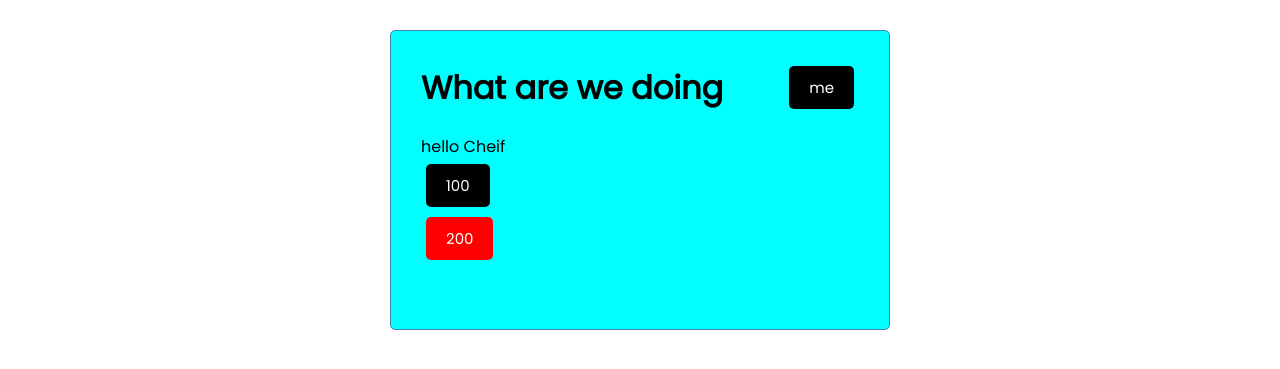
Repository: Jeffkw213/Learning_react
Page: / (app in myapp/)
The author's editor kept a copy of each file at every save. The page is drawn from the files as they stood at one save, then again after a run of saves.
The browser window is 1280 px wide. The pictures show the whole page.
The project was rebuilt for these pictures with package versions that can differ from the ones it lists, and the page was loaded fresh each time.

Above is the page before, as saved 2021-04-30 16:09:16.

### myapp/src/index.css
@import url('https://fonts.googleapis.com/css2?family=Poppins:wght@300;400&display=swap');

* {
  box-sizing: border-box;
  margin: 0;
  padding: 0;
}

body {
  font-family: 'Poppins', sans-serif;
}

.container {
  max-width: 500px;
  margin: 30px auto;
  overflow: auto;
  min-height: 300px;
  border: 1px solid steelblue;
  padding: 30px;
  border-radius: 5px;
  background-color: aqua;

}

.header {
  display: flex;
  justify-content: space-between;
  align-items: center;
  margin-bottom: 20px;
}

.btn {
  display: inline-block;
  background: #000;
  color: #fff;
  border: none;
  padding: 10px 20px;
  margin: 5px;
  border-radius: 5px;
  cursor: pointer;
  text-decoration: none;
  font-size: 15px;
  font-family: inherit;
}

.btn:focus {
  outline: none;
}

.btn:active {
  transform: scale(0.98);
}

.btn-block {
  display: block;
  width: 100%;
}

.task {
  background: #f4f4f4;
  margin: 5px;
  padding: 10px 20px;
  cursor: pointer;
}

.task.reminder {
  border-left: 5px solid green;
}

.task h3 {
  display: flex;
  align-items: center;
  justify-content: space-between;
}

.add-form {
  margin-bottom: 40px;
}

.form-control {
  margin: 20px 0;
}

.form-control label {
  display: block;
}

.form-control input {
  width: 100%;
  height: 40px;
  margin: 5px;
  padding: 3px 7px;
  font-size: 17px;
}

.form-control-check {
  display: flex;
  align-items: center;
  justify-content: space-between;
}

.form-control-check label {
  flex: 1;
}

.form-control-check input {
  flex: 2;
  height: 20px;
}

footer {
  margin-top: 30px;
  text-align: center;
}

### myapp/src/App.js
import Header from './Components/header'
import Body from './Components/body'
function App() {
  // const name = 'jeff'
  var onAdd = true;
  return (
    // <div className='container'>
    //  <h1> Starting of React </h1>
    //  <h2> Hello {name} </h2>
    // </div>
    <div className='container'>
      <Header onAdd={onAdd}/>
      <Body />
    </div>
  );
}

export default App;

### myapp/src/Components/header.js
import PropTypes from 'prop-types'
import Button from './button'
const Header = ({title}) => {
    return (
        <header className= 'header'>
            <h1>{title}</h1>
            <Button name='me' func= {() => myfunction()}/>
        </header>
    )
}

Header.defaultProps = {
    title: "What are we doing",
}

Header.propTypes= {
    title:PropTypes.string.isRequired,
}

function myfunction(){
    console.log('me button');
}

export default Header

### myapp/src/Components/body.js
import Button from './button'
const body = ({text}) => {
    var boolean = true;
    return (
        <div>
            <body className ='body'>{text}
                <Button name='100' func={()=>{console.log("HELLO")}}/>
                <Button color = 'red' name='200' func={()=>{myfunction('red')}}/>
            </body>
        </div>
    )
}

body.defaultProps = {
    text: "hello Cheif",
}

function myfunction(color){
    color = 'blue';
}


export default body

### myapp/src/Components/button.js
const button = ({name, func, color}) => {
    return (
        <div>
            <button className='btn'
            onClick={func}
            style={{backgroundColor: color}}>{name}</button>
        </div>
    )
}

button.defaultProps = {
    name: "button",
}

export default button

Loaded but not shown: myapp/public/index.html (common file); myapp/src/index.js (common file); myapp/src/reportWebVitals.js (common file)

After the next 2 saves:
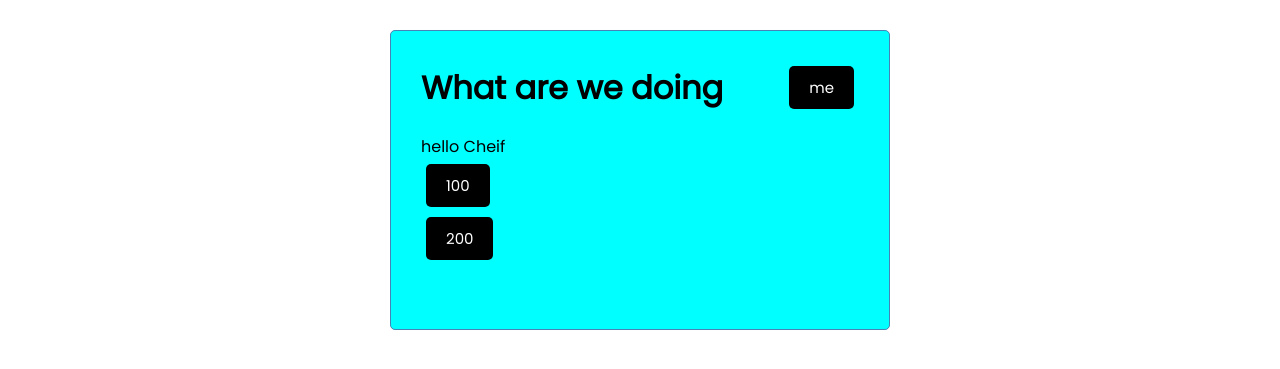
The 2 saves are shown as one change because 1 did not build or start.
The last was saved 12 s later.
--- a/myapp/src/Components/body.js
+++ b/myapp/src/Components/body.js
@@ -5,7 +5,7 @@ const body = ({text}) => {
         <div>
             <body className ='body'>{text}
                 <Button name='100' func={()=>{console.log("HELLO")}}/>
-                <Button color = 'red' name='200' func={()=>{myfunction('red')}}/>
+                <Button color = {boolean} name='200' func={()=>{myfunction('red')}}/>
             </body>
         </div>
     )
